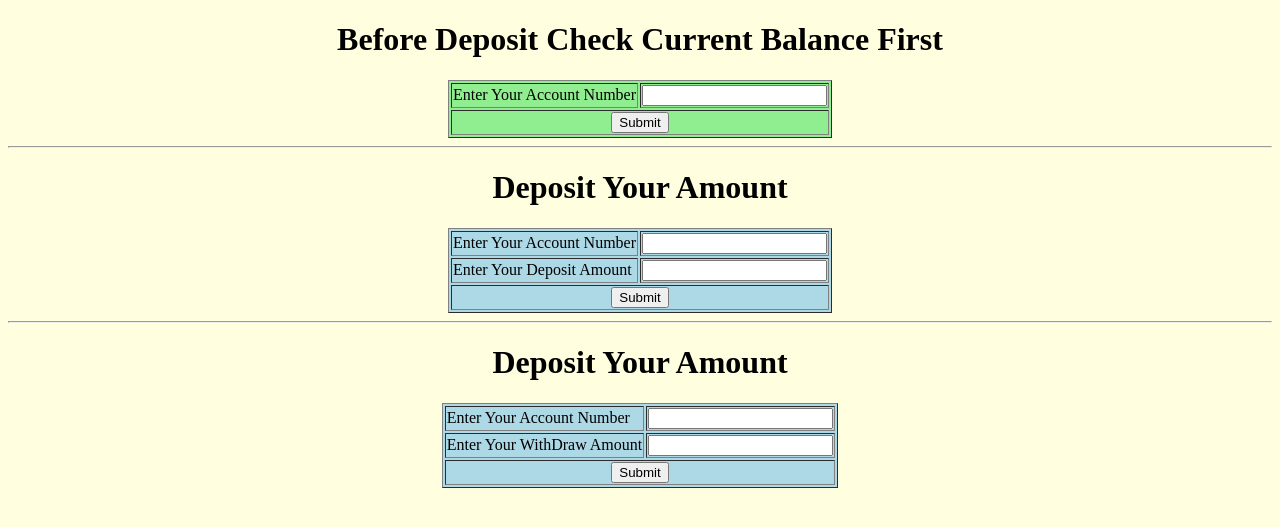
Repository: rukmini10/DXC
Page: http://localhost/Account/transaction.jsp
An editor plug-in stored every save of this project. The page is shown before and after the next save, followed by the edit.
The browser window is 1280 px wide. The pictures show the whole page.
The page is served by Tomcat 9. Nobody is signed in. The application's start-up code is not run. Other server files are loaded and not shown.

Above is the page before, as saved 2022-05-07 11:18:30.

### DXC_MAVEN/Account/src/main/webapp/transaction.jsp
<!DOCTYPE html>
<!--
To change this license header, choose License Headers in Project Properties.
To change this template file, choose Tools | Templates
and open the template in the editor.
-->
<html>
    <head>
        <title>Deposit | WithDraw</title>
        <meta charset="UTF-8">
        <meta name="viewport" content="width=device-width, initial-scale=1.0">
    </head>
    <body bgcolor="lightyellow">
    <center>
        <div>
            <h1>Before Deposit Check Current Balance First</h1>
            <form method="post" action="check_balance.jsp">
                <table border="1" bgcolor="lightgreen">
                    <tr>
                        <td><label>Enter Your Account Number</label></td><td><input type="text" name="ano"></td>
                    </tr>
                    <tr>
                        <td colspan="2" align="center"><input type="submit" value="Submit"></td>
                    </tr>
                </table>
            </form>
        </div>



            <hr>
            <div>
            <h1>Deposit Your Amount</h1>
            <form method="post" action="update_deposit.jsp">
              <table border="1" bgcolor="lightblue">
                  <tr>
                        <td><label>Enter Your Account Number</label></td><td><input type="text" name="ano"></td></tr>
                    <tr>
                        <td><label>Enter Your Deposit Amount</label></td><td><input type="text" name="amt"></td>
                    </tr>
                                        <td colspan="2" align="center"><input type="Submit" value="Submit"></td>
                    </tr>
                </table>
            </form>
        </div>



            <hr>
            <div>
            <h1>Deposit Your Amount</h1>
            <form method="post" action="withdraw.jsp">
              <table border="1" bgcolor="lightblue">
                  <tr>
                        <td><label>Enter Your Account Number</label></td><td><input type="text" name="ano"></td></tr>
                    <tr>
                        <td><label>Enter Your WithDraw Amount</label></td><td><input type="text" name="amt"></td>
                    </tr>
                                        <td colspan="2" align="center"><input type="Submit" value="Submit"></td>
                    </tr>
                </table>
            </form>
        </div>

    </center>
    </body>
</html>

After the next save:
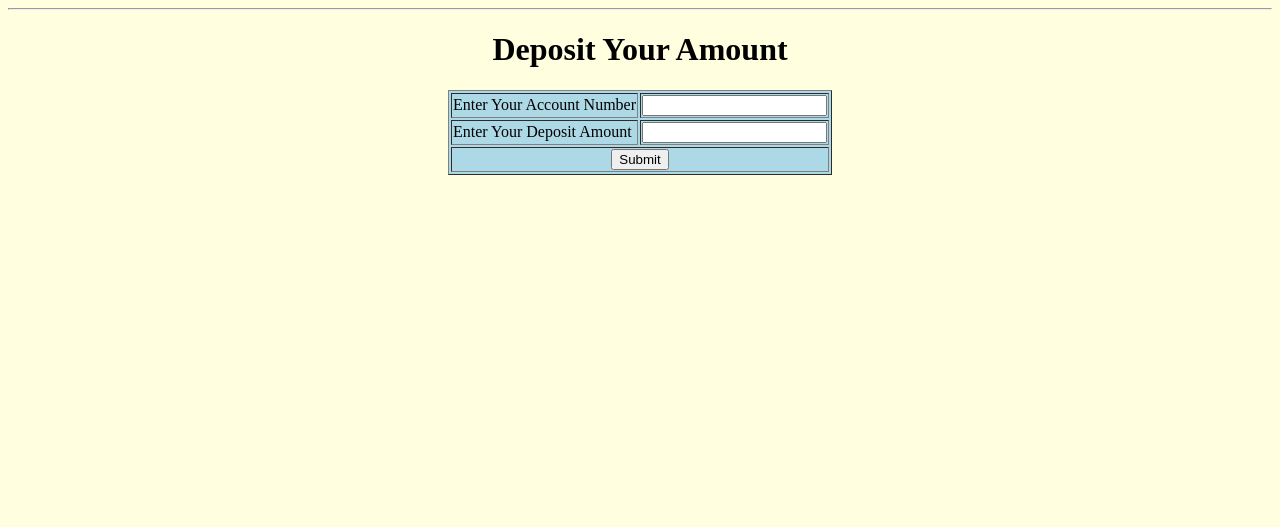
Saved 28 s later.
--- a/DXC_MAVEN/Account/src/main/webapp/transaction.jsp
+++ b/DXC_MAVEN/Account/src/main/webapp/transaction.jsp
@@ -12,22 +12,6 @@ and open the template in the editor.
     </head>
     <body bgcolor="lightyellow">
     <center>
-        <div>
-            <h1>Before Deposit Check Current Balance First</h1>
-            <form method="post" action="check_balance.jsp">
-                <table border="1" bgcolor="lightgreen">
-                    <tr>
-                        <td><label>Enter Your Account Number</label></td><td><input type="text" name="ano"></td>
-                    </tr>
-                    <tr>
-                        <td colspan="2" align="center"><input type="submit" value="Submit"></td>
-                    </tr>
-                </table>
-            </form>
-        </div>
-
-
-
             <hr>
             <div>
             <h1>Deposit Your Amount</h1>
@@ -46,21 +30,7 @@ and open the template in the editor.
 
 
 
-            <hr>
-            <div>
-            <h1>Deposit Your Amount</h1>
-            <form method="post" action="withdraw.jsp">
-              <table border="1" bgcolor="lightblue">
-                  <tr>
-                        <td><label>Enter Your Account Number</label></td><td><input type="text" name="ano"></td></tr>
-                    <tr>
-                        <td><label>Enter Your WithDraw Amount</label></td><td><input type="text" name="amt"></td>
-                    </tr>
-                                        <td colspan="2" align="center"><input type="Submit" value="Submit"></td>
-                    </tr>
-                </table>
-            </form>
-        </div>
+
 
     </center>
     </body>
